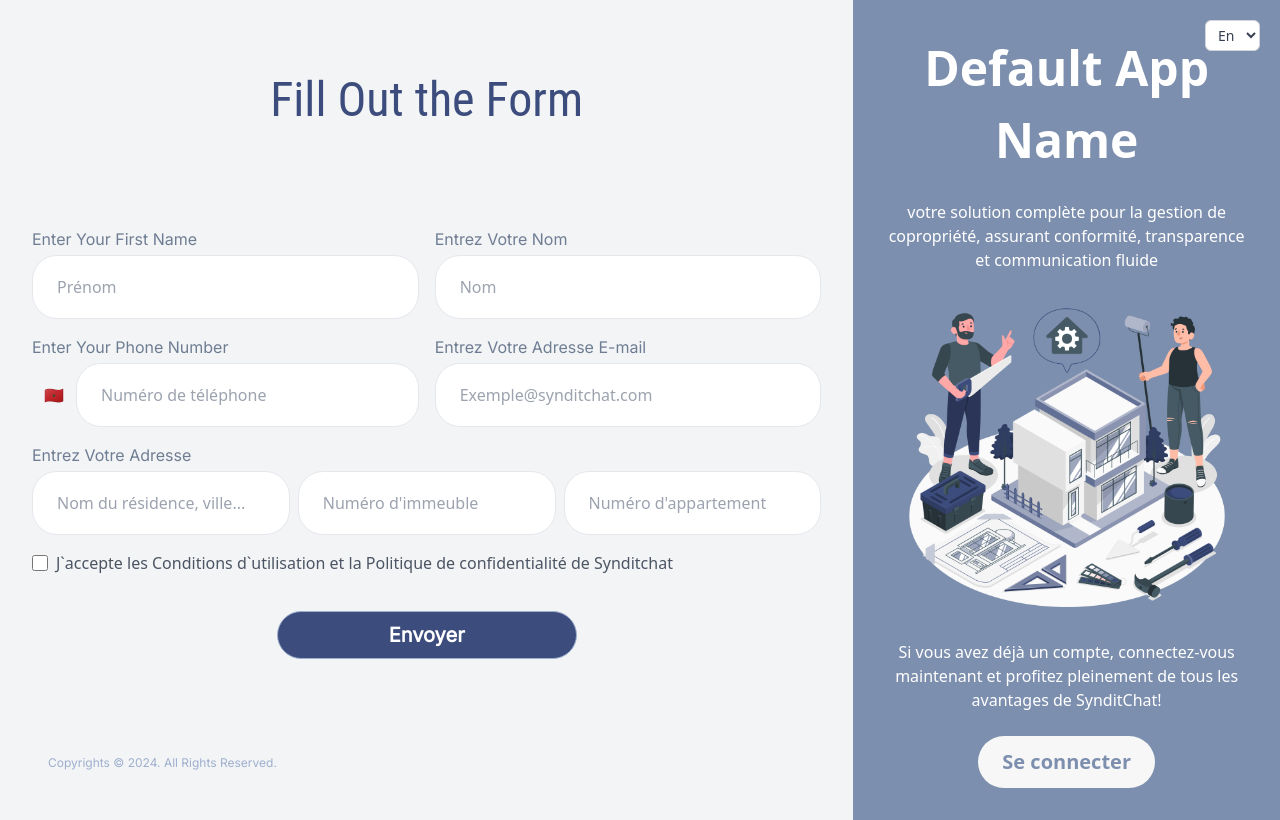
Repository: idir2023/Syndicat-amine
Page: http://localhost/inscription
An editor plug-in stored every save of this project. The page is shown before and after the next save, followed by the edit.
The browser window is 1280 px wide. The pictures show the whole page.
Some web libraries are served in a nearby version. The page is served by the project's Laravel application, run on PHP 8.4 with Laravel 12. Queries for data that is not in the repository find no rows.

Above is the page before, as saved 2024-10-13 11:02:12.

After the next save:
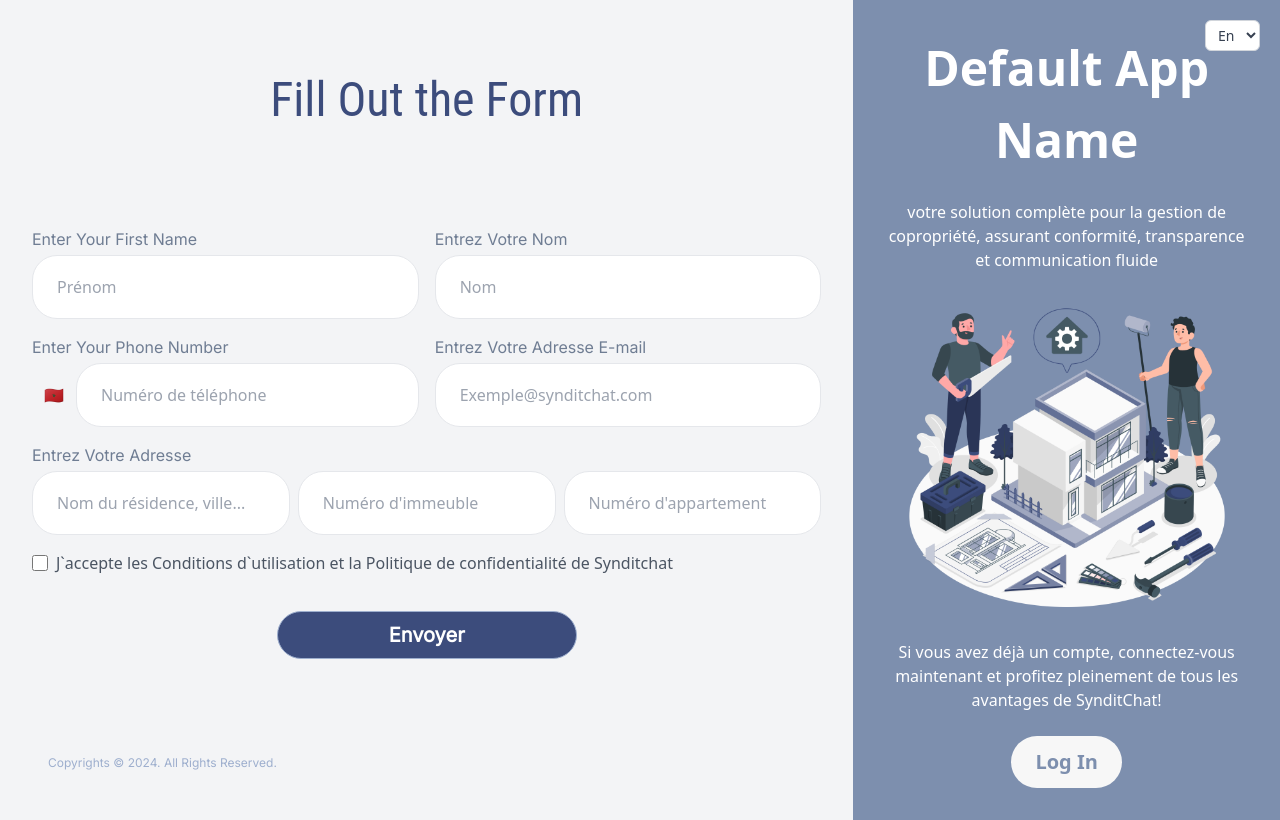
Saved 13 s later.
--- a/resources/views/auth/formRegister/formRegister.blade.php
+++ b/resources/views/auth/formRegister/formRegister.blade.php
@@ -201,7 +201,7 @@
                     class="bg-[#F7F7F7] text-[#7d8fae] py-3 px-6 rounded-full font-bold text-xl hover:bg-[#cbc9c9]">
                     <a href="{{ route('login') }}">
 
-                        {{ __(' Se connecter') }}
+                        {{ __('Se connecter') }}
                        </a>
                 </button>
             </div>
